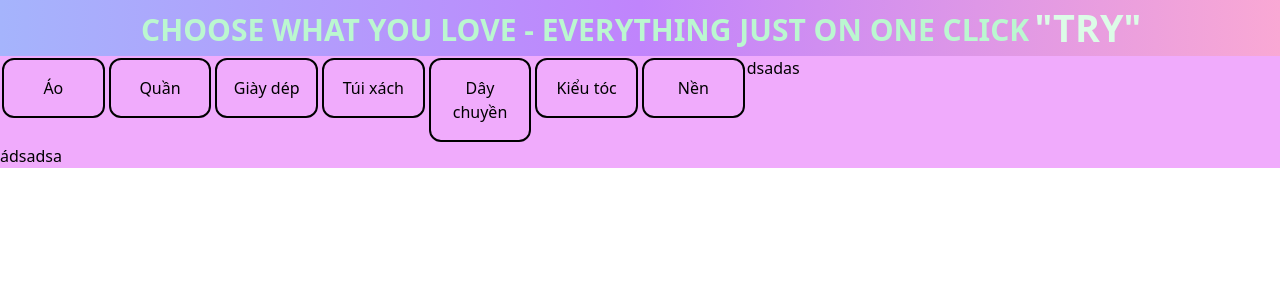
Repository: NguyenVietPhuQuy/ReactJs-TailWind-Redux-FunctionHook-ModelDesign
Page: / (app in modeldesign/)
The author's editor kept a copy of each file at every save. The page is drawn from the files as they stood at one save, then again after the next save.
The browser window is 1280 px wide. The pictures show the whole page.
The project was rebuilt for these pictures with package versions that can differ from the ones it lists, and the page was loaded fresh each time. Also part of the build but not shown: modeldesign/src/App.css.

Above is the page before, as saved 2022-11-17 13:32:55.

After the next save:
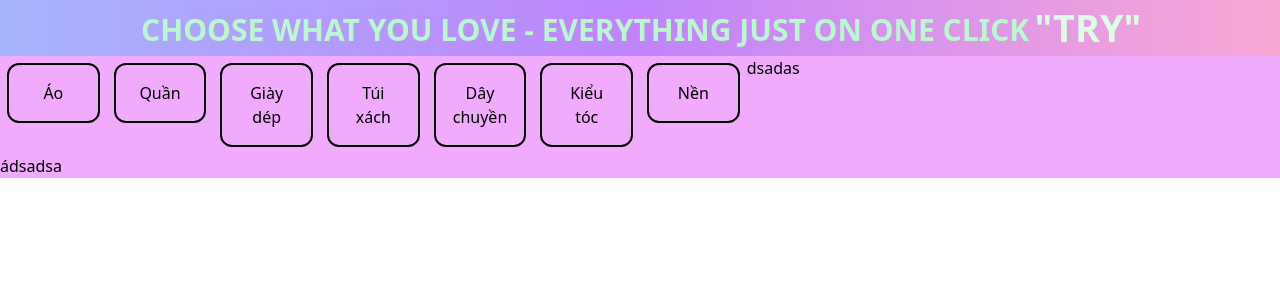
Saved 43 s later.
--- a/modeldesign/src/Components/Category.js
+++ b/modeldesign/src/Components/Category.js
@@ -8,7 +8,7 @@ function Category(props) {
         <div className=" flex flex-row w-full">
             {returnValue.map((item) => {
                 return (
-                    <div className="w-1/2" style={{margin:2}}>
+                    <div className="w-1/2" style={{margin:2, padding:5}}>
                         <button className="p-4 w-full rounded-xl "  style={{ border: "2px solid black"}} >{item.showName}</button>
                     </div>
                 )
